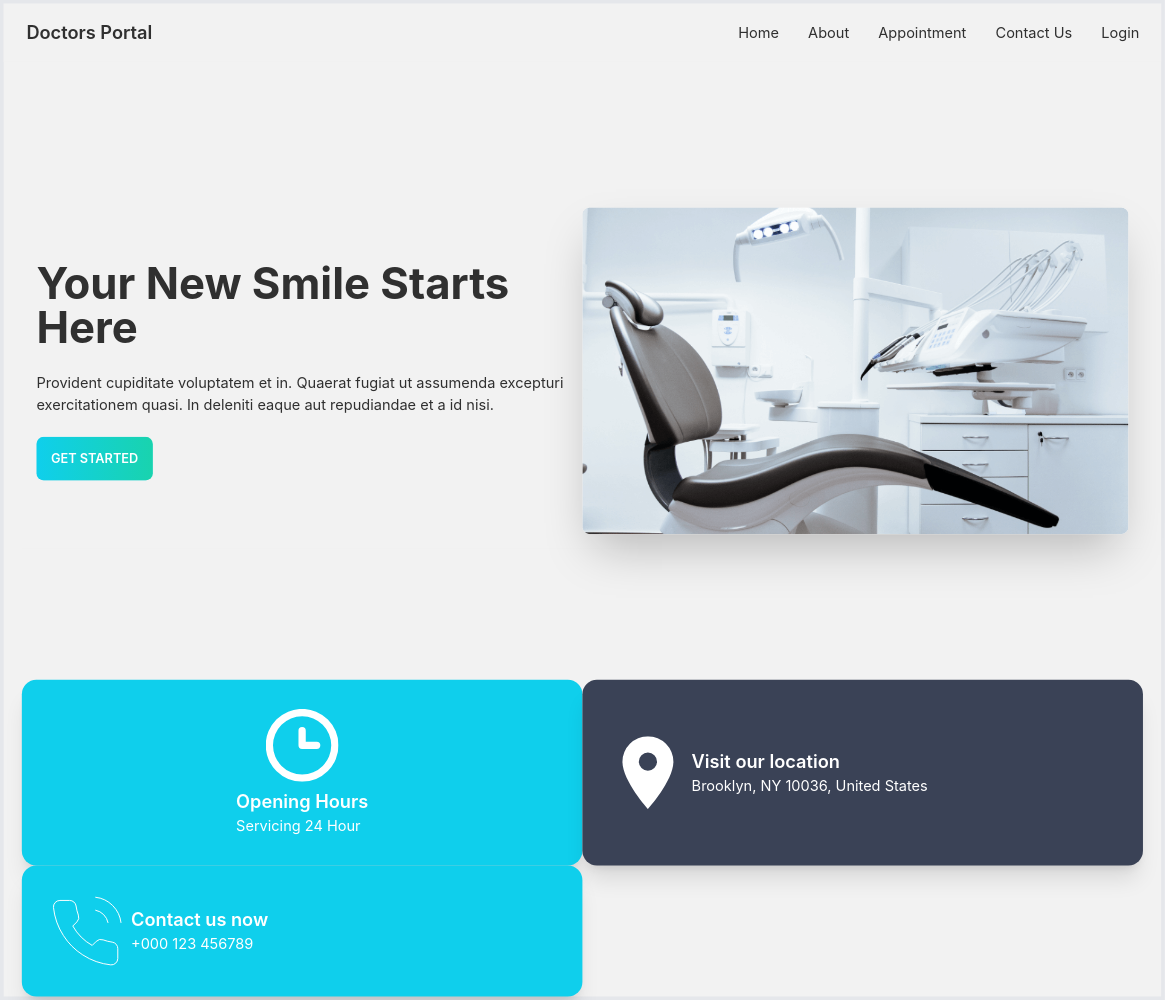
Repository: Samad77/Doctorportal-Client
Page: /
These files come from the project's save history. The page is drawn as it stood at one moment and after the next save; the edit follows.
The browser window is 1280 px wide. The pictures show the whole page, at 91% of full size.
The project was rebuilt for these pictures with package versions that can differ from the ones it lists, and the page was loaded fresh each time. Also part of the build but not shown: src/Pages/Login/Login.js.

Above is the page before, as saved 2022-11-12 11:29:55.

After the next save:
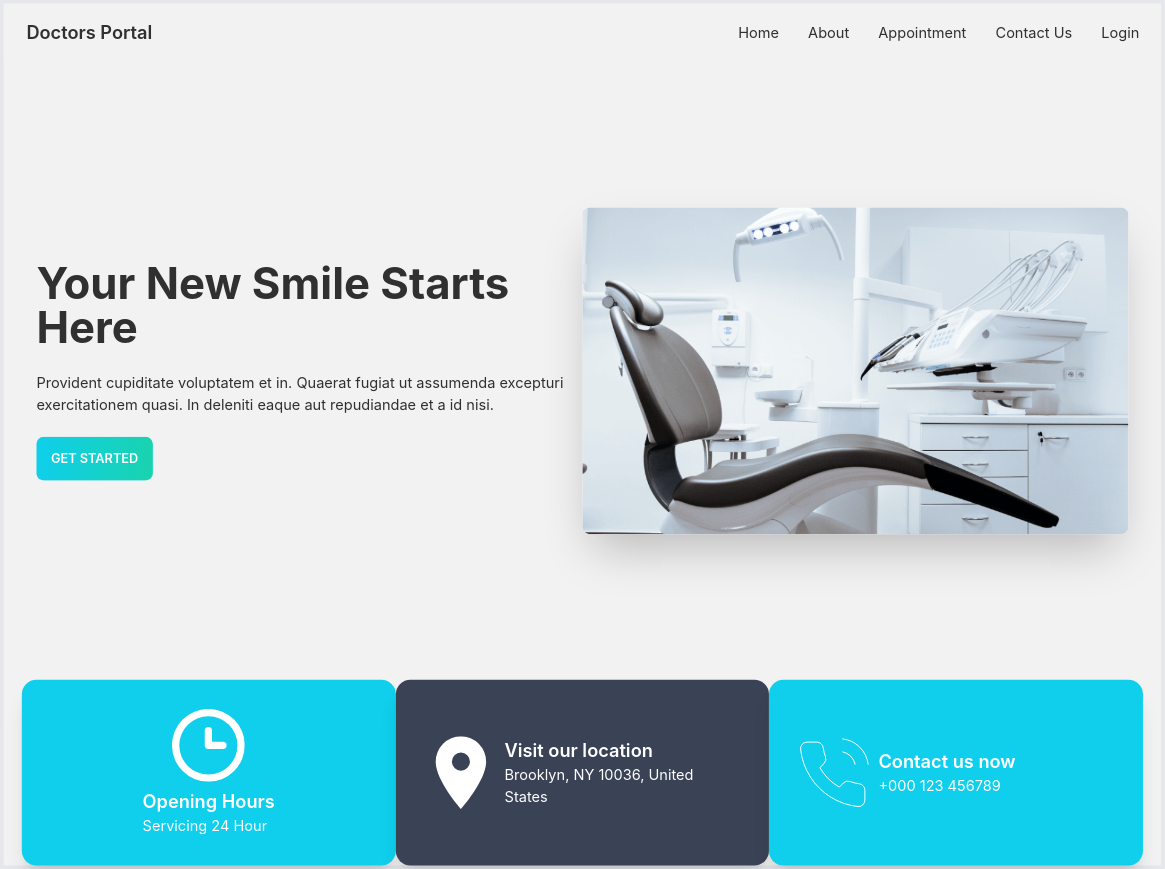
Saved 11 s later.
--- a/src/Pages/Home/Cards/Cards.js
+++ b/src/Pages/Home/Cards/Cards.js
@@ -6,7 +6,7 @@ import img4 from '../../../assets/icons/quote.svg'
 
 const Cards = () => {
     return (
-        <section className='grid grid-cols-1 md: grid-cols-2 '>
+        <section className='grid grid-cols-1 md: grid-cols-2 lg: grid-cols-3 '>
             <div className="card  bg-primary text-white shadow-xl">
                 <div className="card-body lg :flex flex-row items-center sm: flex flex-col ">
                     <div className=''>
